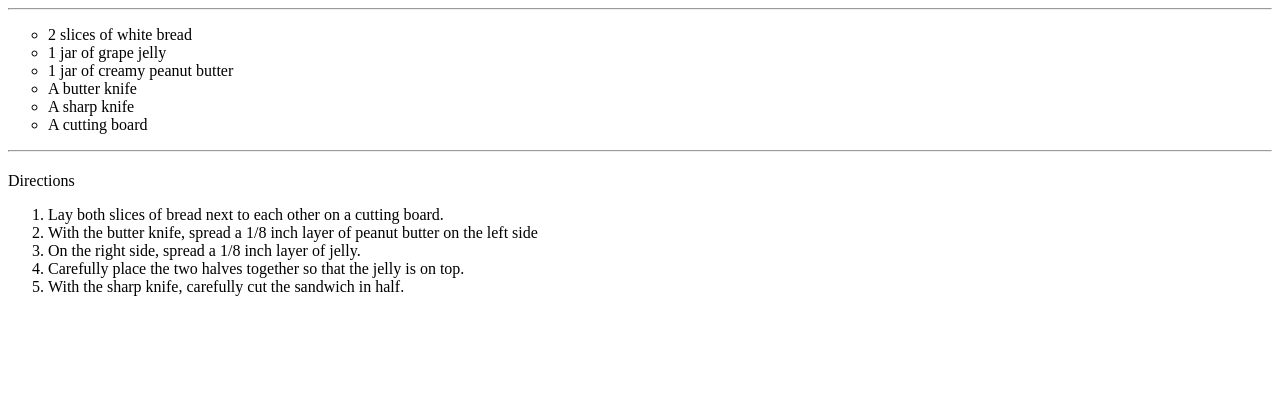
Repository: 9-5-pursuit/lab-intro-to-html
Page: recipe.html
These files come from the project's save history. The page is drawn as it stood at one moment and after the next save; the edit follows.
The browser window is 1280 px wide. The pictures show the whole page.

Above is the page before, as saved 2023-02-28 08:11:17.

### recipe.html
<!DOCTYPE html>
<html lang="en">
  <head>
    <meta charset="UTF-8" />
    <meta http-equiv="X-UA-Compatible" content="IE=edge" />
    <meta name="viewport" content="width=device-width, initial-scale=1.0" />
    <title>The Perfect Sandwich</title>
  </head>
  <body>
    <header>
      <!-- https://www.seriouseats.com/pbj-a-serious-eats-special-rep -->
      <hr />
    </header>
    <main>
      <div>
        <!-- Ingredients -->
        <ul type="circle" >
          <li>2 slices of white bread</li>
          <li>1 jar of grape jelly</li>
          <li>1 jar of creamy peanut butter</li>
          <li>A butter knife</li>
          <li>A sharp knife</li>
          <li>A cutting board</li>
        </ul>
      </div>
      <hr />
      <div> <h2></h2>Directions
        <ol >
          <li>
            Lay both slices of bread next to each other on a cutting board.
          </li>
          <li>
            With the butter knife, spread a 1/8 inch layer of peanut butter on
            the left side
          </li>
          <li>On the right side, spread a 1/8 inch layer of jelly.</li>
          <li>
            Carefully place the two halves together so that the jelly is on top.
          </li>
          <li>With the sharp knife, carefully cut the sandwich in half.</li>
        </ol>
      </div>
    </main>
  </body>
</html>

After the next save:
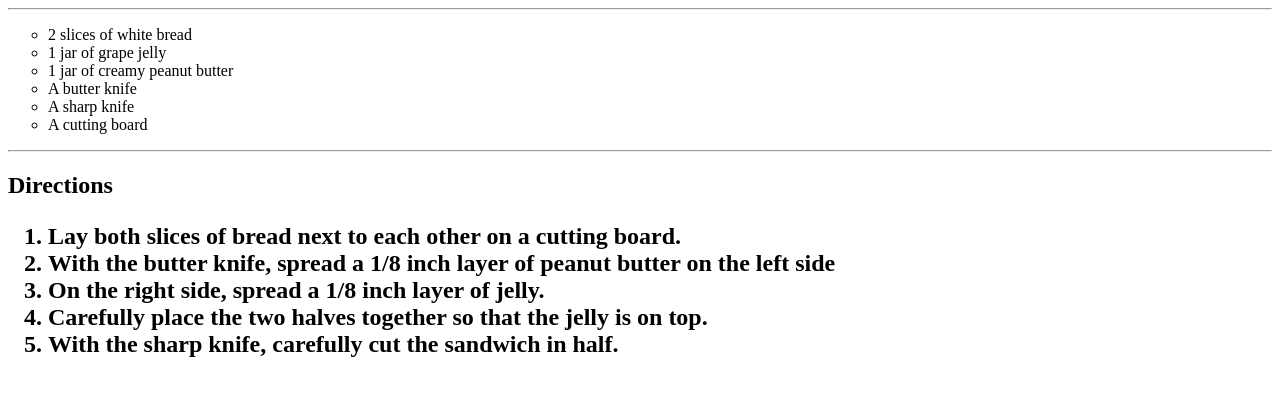
Saved 6 s later.
--- a/recipe.html
+++ b/recipe.html
@@ -24,7 +24,7 @@
         </ul>
       </div>
       <hr />
-      <div> <h2></h2>Directions
+      <div> <h2>Directions
         <ol >
           <li>
             Lay both slices of bread next to each other on a cutting board.
